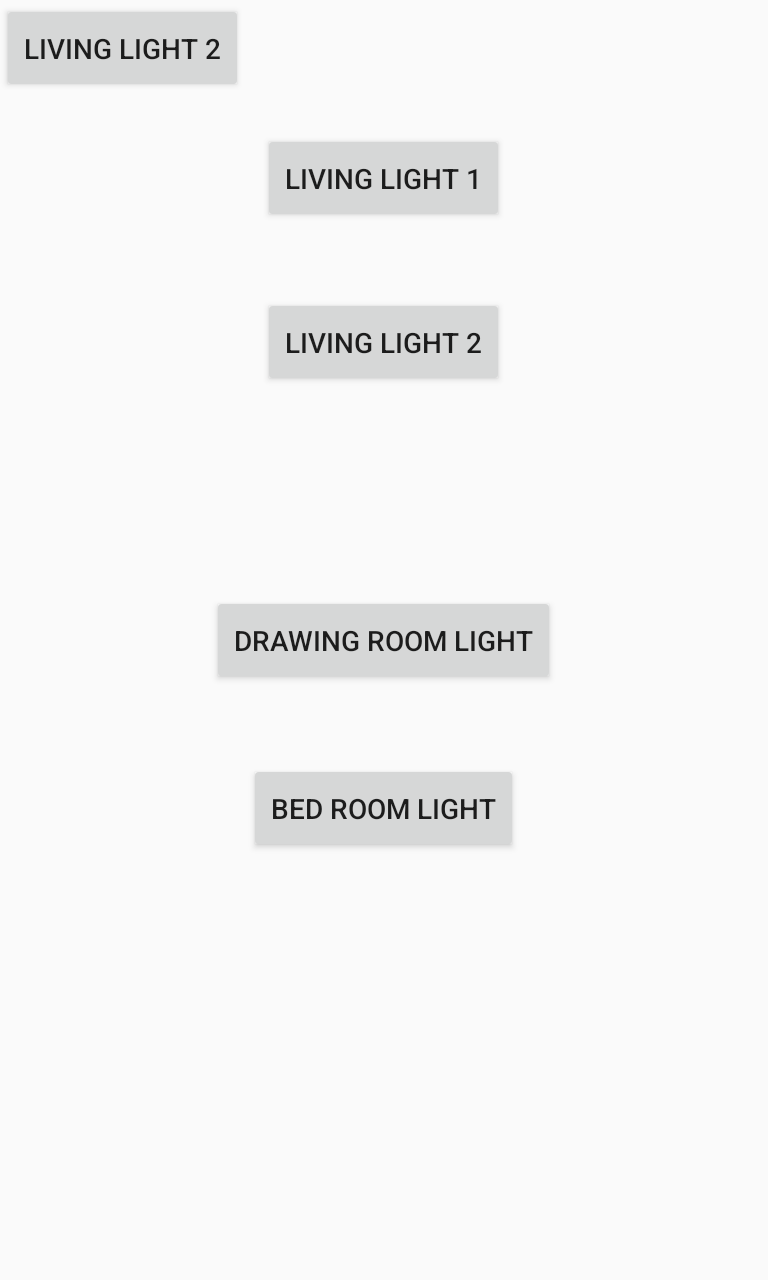
Repository: LogInc/oscar_app
Layout: Android/Oscar/res/layout/activity_rooms.xml
An editor plug-in stored every save of this project. The layout is shown before and after the next save, followed by the edit.
It is drawn on a 768 x 1280 px phone screen (xhdpi) without system bars, with theme AppTheme; the app's code is not run.

Above is the layout before, as saved 2015-03-05 11:57:34.

After the next save:
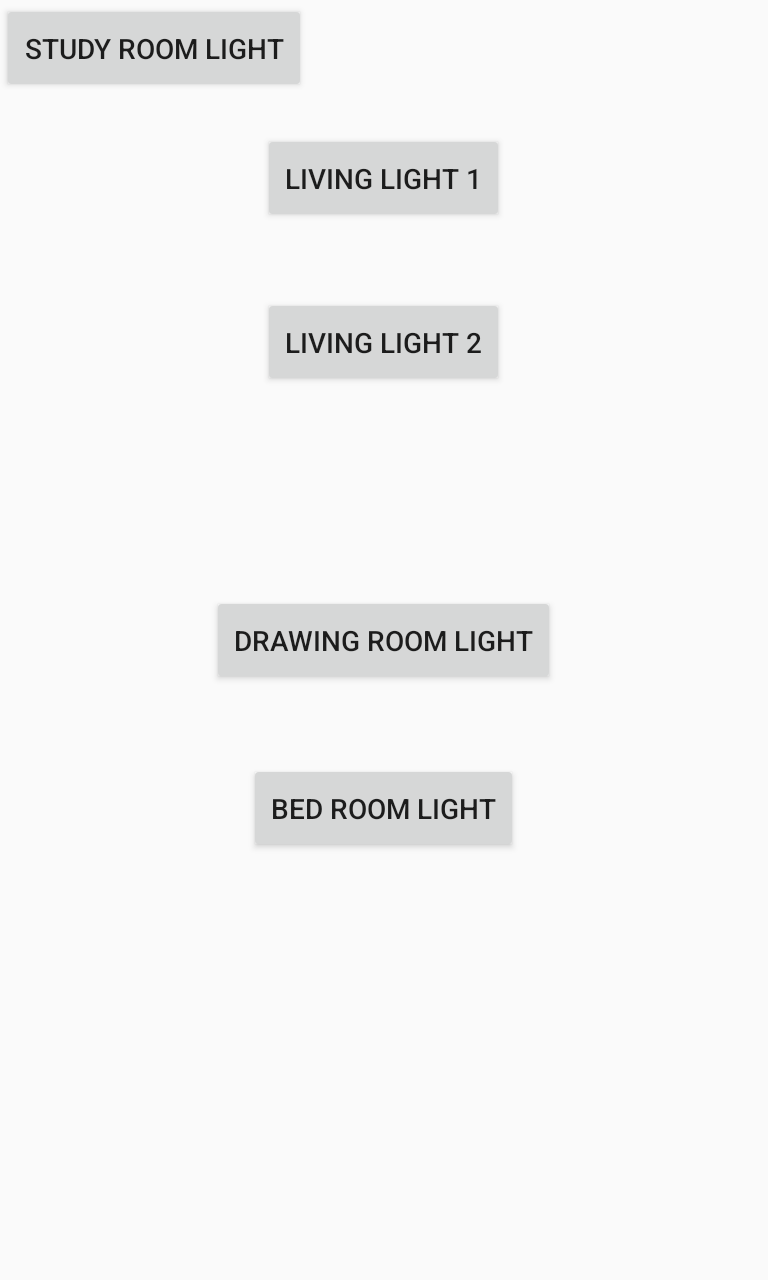
Saved 16 s later.
--- a/Android/Oscar/res/layout/activity_rooms.xml
+++ b/Android/Oscar/res/layout/activity_rooms.xml
@@ -42,6 +42,6 @@
         android:id="@+id/Study Room"
         android:layout_width="wrap_content"
         android:layout_height="wrap_content"
-        android:text="Living Light 2" />
+        android:text="Study Room Light" />
 
 </RelativeLayout>
